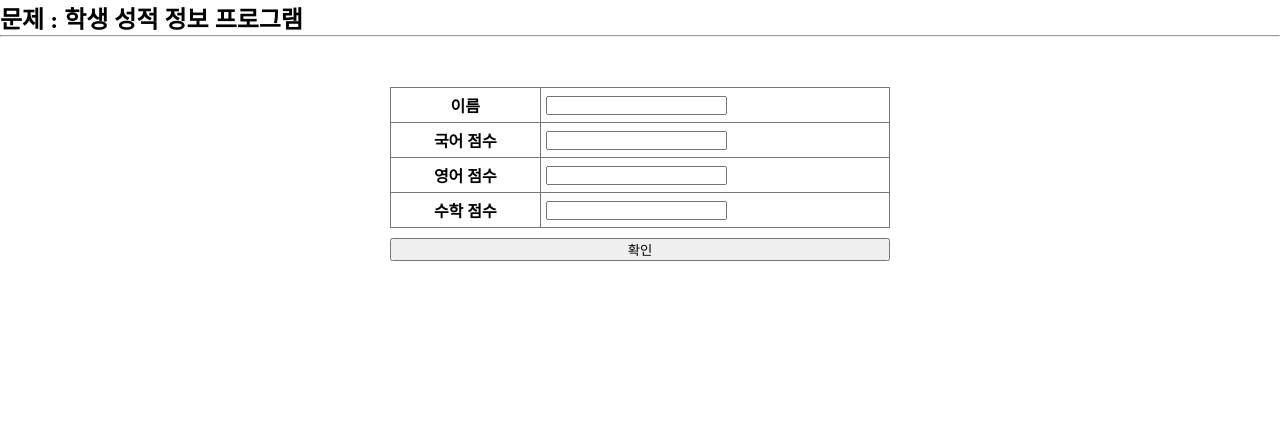
Repository: hyunh84/jsp_study
Page: http://localhost/Day03/j01_mem01.jsp
An editor plug-in stored every save of this project. The page is shown before and after the next save, followed by the edit.
The browser window is 1280 px wide. The pictures show the whole page.
The page is served by Tomcat 9. Other server files are loaded and not shown.

Above is the page before, as saved 2015-09-12 00:30:05.

### MyWorks/Day03/WebContent/j01_mem01.jsp
<%@ page language="java" contentType="text/html; charset=utf-8"
    pageEncoding="utf-8"%>
<!DOCTYPE html>
<html>
<head>
<meta charset="utf-8">
<title>Insert title here</title>

<style type="text/css">
	* {margin:0; padding:0;}
	table {border-collapse:collapse; }
	table th {padding:5px; border:1px solid #777;}
	table td {padding:5px; border:1px solid #777;}
</style>

</head>
<body>

	<h2>문제 : 학생 성적 정보 프로그램</h2>
	<hr>

	<%--

	 --%>
	<form action="j0.jsp" method="post">
		<div style="width:500px; margin:50px auto 0;">
			<table style="width:100%;">
				<colgroup>
					<col style="width:30%;" />
					<col style="width:70%;" />
				</colgroup>
				<tbody>
					<tr>
						<th>이름</th>
						<td><input type="text" name="name" /></td>
					</tr>
					<tr>
						<th>국어 점수</th>
						<td><input type="text" name="ko" /></td>
					</tr>
					<tr>
						<th>영어 점수</th>
						<td><input type="text" name="en" /></td>
					</tr>
					<tr>
						<th>수학 점수</th>
						<td><input type="text" name="math" /></td>
					</tr>
				</tbody>
			</table>
			<button type="submit" style="width:100%; margin:10px 0 0;">확인</button>
		</div>
	</form>




</body>
</html>

After the next save:
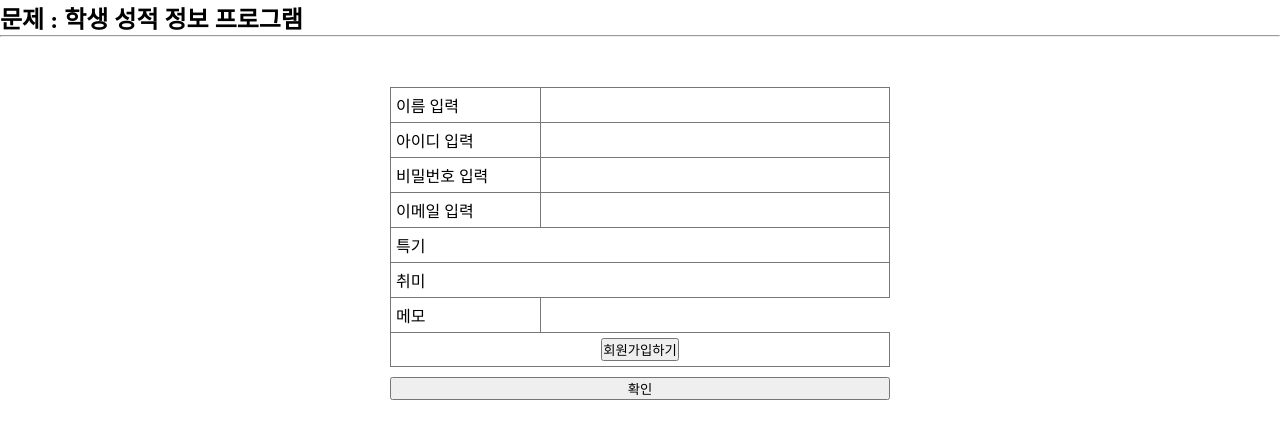
Saved 27 s later.
--- a/MyWorks/Day03/WebContent/j01_mem01.jsp
+++ b/MyWorks/Day03/WebContent/j01_mem01.jsp
@@ -31,21 +31,35 @@
 				</colgroup>
 				<tbody>
 					<tr>
-						<th>이름</th>
-						<td><input type="text" name="name" /></td>
-					</tr>
-					<tr>
-						<th>국어 점수</th>
-						<td><input type="text" name="ko" /></td>
-					</tr>
-					<tr>
-						<th>영어 점수</th>
-						<td><input type="text" name="en" /></td>
-					</tr>
-					<tr>
-						<th>수학 점수</th>
-						<td><input type="text" name="math" /></td>
-					</tr>
+				<td>이름 입력</td>
+				<td></td>
+			</tr>
+			<tr>
+				<td>아이디 입력</td>
+				<td></td>
+			</tr>
+			<tr>
+				<td>비밀번호 입력</td>
+				<td></td>
+			</tr>
+			<tr>
+				<td>이메일 입력</td>
+				<td></td>
+			</tr>
+			<tr>
+				<td colspan="2">특기</td>
+			</tr>
+			<tr>
+				<td colspan="2">취미</td>
+			</tr>
+			<tr>
+				<td>메모</td>
+			</tr>
+			<tr>
+				<td colspan="2" align="center">
+					<input type="submit" value="회원가입하기"/>
+				</td>
+			</tr>
 				</tbody>
 			</table>
 			<button type="submit" style="width:100%; margin:10px 0 0;">확인</button>
